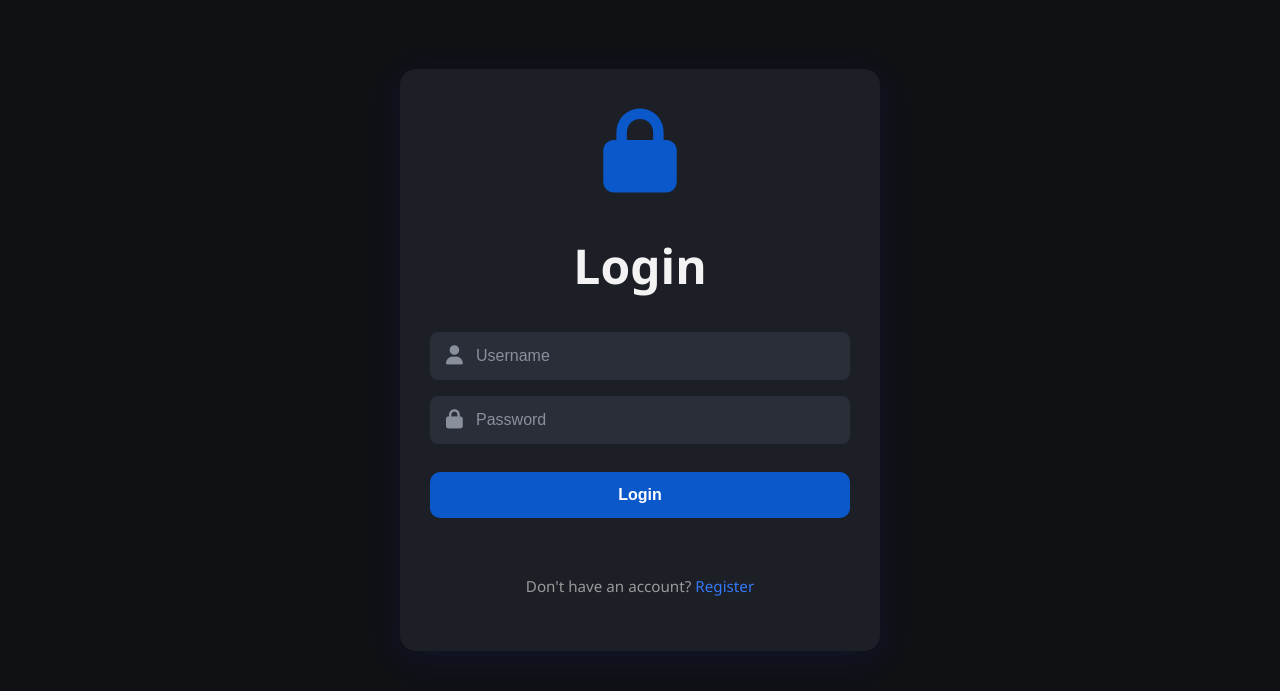
Repository: lowluds/auth-flask
Page: http://localhost/login
An editor plug-in stored every save of this project. The page is shown before and after the next save, followed by the edit.
The browser window is 1280 px wide. The pictures show the whole page.
The page is served by the project's application, run on Flask 3 (login.py).

Above is the page before, as saved 2025-07-10 23:25:42.

After the next save:
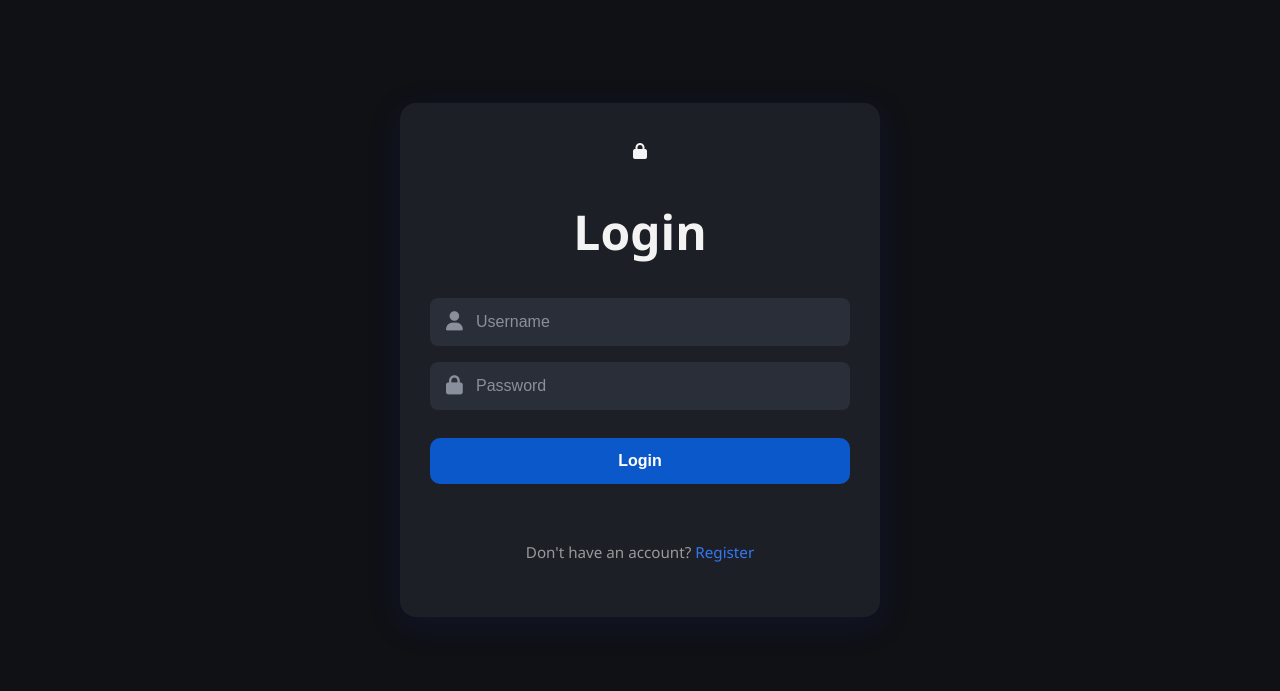
Saved 28 s later.
--- a/static/register.css
+++ b/static/register.css
@@ -143,17 +143,13 @@ a:hover {
     text-decoration: underline;
 }
 
-.login-container .login-icon {
+.login-container .login-icon .register-icon {
     font-size: 84px;
     color: #0a58ca;
     margin-bottom: 0px;
 }
 
-.register-container .register-icon {
-    font-size: 84px;
-    color: #0a58ca;
-    margin-bottom: 0px;
-}
+
 
 /* Paragraphs */
 p {
